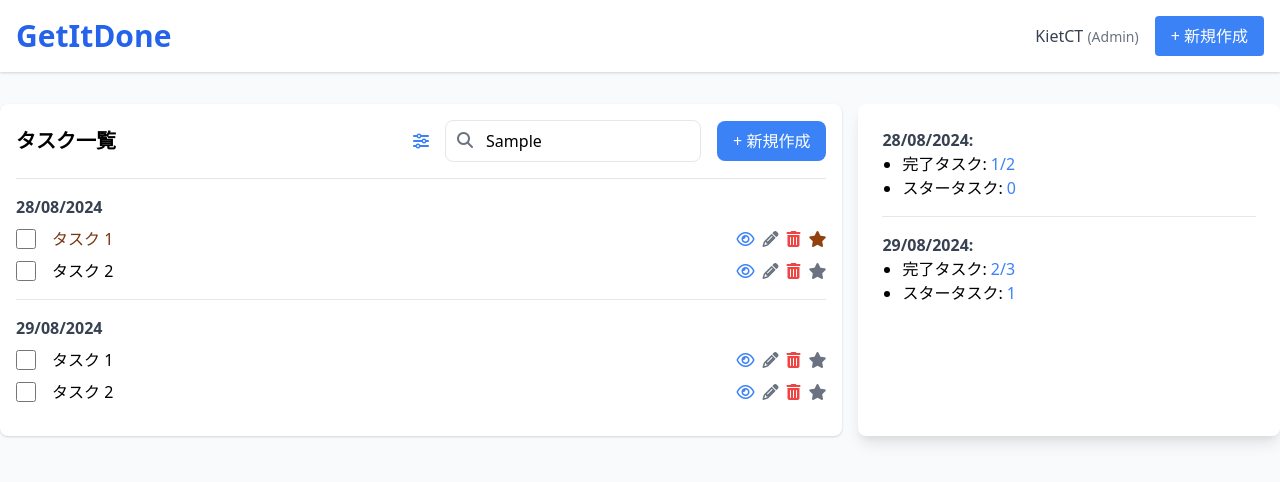
Repository: TuanAnhNguyen723/todolist
Page: mainscreen.html
An editor plug-in stored every save of this project. The page is shown before and after the next save, followed by the edit.
The browser window is 1280 px wide. The pictures show the whole page.
Empty fields were first filled with sample values (such as "Sample", 5 or name@example.com).
After loading, the first visible `button.hover\:text-yellow-500` was clicked once.
Some web libraries are served in a nearby version.

Above is the page before, as saved 2024-09-25 11:06:02.

### mainscreen.html
<!DOCTYPE html>
<html lang="ja">
  <head>
    <meta charset="UTF-8" />
    <meta name="viewport" content="width=device-width, initial-scale=1.0" />
    <title>GetItDone Task List</title>
    <link
      href="https://cdn.jsdelivr.net/npm/tailwindcss@2.2.19/dist/tailwind.min.css"
      rel="stylesheet"
    />
    <link
      rel="stylesheet"
      href="https://cdnjs.cloudflare.com/ajax/libs/font-awesome/6.6.0/css/all.min.css"
    />
    <script src="./mainscreen.js" defer></script>
  </head>
  <body class="bg-gray-50">
    <!-- Header Section -->
    <header class="bg-white shadow p-4 flex justify-between items-center">
      <div class="flex items-center">
        <h1 class="text-3xl font-bold text-blue-600">GetItDone</h1>
      </div>
      <div class="flex items-center">
        <span class="text-gray-700 mr-4"
          >KietCT <span class="text-sm text-gray-500">(Admin)</span></span
        >
        <button class="bg-blue-500 text-white px-4 py-2 rounded">
          + 新規作成
        </button>
      </div>
    </header>

    <!-- Main Section -->
    <main class="container mx-auto mt-8">
      <div class="flex justify-between">
        <!-- Task List -->
        <div class="w-2/3 bg-white p-4 shadow rounded-lg">
          <div class="flex justify-between items-center mb-4">
            <!-- Task List Title -->
            <h2 class="text-xl font-bold">タスク一覧</h2>

            <div class="flex items-center space-x-4">
              <!-- Filter Icon -->
              <button class="text-blue-500 hover:text-gray-700">
                <i class="fas fa-sliders-h"></i>
              </button>

              <!-- Search Input with Icon -->
              <div class="relative">
                <input
                  type="text"
                  class="border rounded-lg pl-10 pr-3 py-2 w-64"
                  placeholder="タスクを入力してください"
                />
                <!-- Search Icon -->
                <i
                  class="fas fa-search absolute left-3 top-3 text-gray-500"
                ></i>
              </div>

              <!-- New Task Button -->
              <button
                class="newtask bg-blue-500 text-white px-4 py-2 rounded-lg"
              >
                + 新規作成
              </button>
            </div>
          </div>

          <!-- Task Group 1 -->
          <div class="mb-4 border-t pt-4">
            <h3 class="font-bold text-gray-700">28/08/2024</h3>

            <!-- Task 1 -->
            <div class="flex justify-between items-center space-x-4 my-2">
              <div class="flex items-center space-x-4">
                <input
                  type="checkbox"
                  class="form-checkbox h-5 w-5 toggle-complete"
                />
                <span class="task-text">タスク 1</span>
              </div>
              <div class="flex space-x-2">
                <button class="text-blue-500 hover:text-blue-700">
                  <i class="fa fa-eye"></i>
                </button>
                <button class="text-gray-500 hover:text-gray-700">
                  <i class="fa fa-pencil"></i>
                </button>
                <button class="text-red-500 hover:text-red-700">
                  <i class="fa fa-trash"></i>
                </button>
                <button class="text-gray-500 hover:text-yellow-500 star-icon">
                  <i class="fa fa-star"></i>
                </button>
              </div>
            </div>

            <!-- Task 2 -->
            <div class="flex justify-between items-center space-x-4 my-2">
              <div class="flex items-center space-x-4">
                <input
                  type="checkbox"
                  class="form-checkbox h-5 w-5 toggle-complete"
                />
                <span class="task-text">タスク 2</span>
              </div>
              <div class="flex space-x-2">
                <button class="text-blue-500 hover:text-blue-700">
                  <i class="fa fa-eye"></i>
                </button>
                <button class="text-gray-500 hover:text-gray-700">
                  <i class="fa fa-pencil"></i>
                </button>
                <button class="text-red-500 hover:text-red-700">
                  <i class="fa fa-trash"></i>
                </button>
                <button class="text-gray-500 hover:text-yellow-500 star-icon">
                  <i class="fa fa-star"></i>
                </button>
              </div>
            </div>
          </div>

          <!-- Task Group 2 -->
          <div class="mb-4 border-t pt-4">
            <h3 class="font-bold text-gray-700">29/08/2024</h3>

            <!-- Task 1 -->
            <div class="flex justify-between items-center space-x-4 my-2">
              <div class="flex items-center space-x-4">
                <input
                  type="checkbox"
                  class="form-checkbox h-5 w-5 toggle-complete"
                />
                <span class="task-text">タスク 1</span>
              </div>
              <div class="flex space-x-2">
                <button class="text-blue-500 hover:text-blue-700">
                  <i class="fa fa-eye"></i>
                </button>
                <button class="text-gray-500 hover:text-gray-700">
                  <i class="fa fa-pencil"></i>
                </button>
                <button class="text-red-500 hover:text-red-700">
                  <i class="fa fa-trash"></i>
                </button>
                <button class="text-gray-500 hover:text-yellow-500 star-icon">
                  <i class="fa fa-star"></i>
                </button>
              </div>
            </div>

            <!-- Task 2 -->
            <div class="flex justify-between items-center space-x-4 my-2">
              <div class="flex items-center space-x-4">
                <input
                  type="checkbox"
                  class="form-checkbox h-5 w-5 toggle-complete"
                />
                <span class="task-text">タスク 2</span>
              </div>
              <div class="flex space-x-2">
                <button class="text-blue-500 hover:text-blue-700">
                  <i class="fa fa-eye"></i>
                </button>
                <button class="text-gray-500 hover:text-gray-700">
                  <i class="fa fa-pencil"></i>
                </button>
                <button class="text-red-500 hover:text-red-700">
                  <i class="fa fa-trash"></i>
                </button>
                <button class="text-gray-500 hover:text-yellow-500 star-icon">
                  <i class="fa fa-star"></i>
                </button>
              </div>
            </div>
          </div>
        </div>

        <!-- Task Completion Summary -->
        <div
          id="task-summary"
          class="w-1/3 bg-white p-6 rounded-lg shadow-lg ml-4"
        >
          <h3 class="font-bold text-gray-700">28/08/2024:</h3>
          <ul class="list-disc pl-5">
            <li>完了タスク: <span class="text-blue-500">1/2</span></li>
            <li>スタータスク: <span class="text-blue-500">0</span></li>
          </ul>

          <h3 class="font-bold text-gray-700 mt-4 border-t pt-4">
            29/08/2024:
          </h3>
          <ul class="list-disc pl-5">
            <li>完了タスク: <span class="text-blue-500">2/3</span></li>
            <li>スタータスク: <span class="text-blue-500">1</span></li>
          </ul>
        </div>

        <!-- Task Add Modal -->

        <div
          id="taskAddModal"
          class="fixed z-50 inset-0 overflow-y-auto hidden"
        >
          <div
            class="flex items-center justify-center min-h-screen bg-black bg-opacity-50"
          >
            <div class="relative bg-white w-96 p-6 rounded-lg shadow-lg">
              <!-- Close Button -->
              <button
                id="closeModal"
                class="absolute top-2 right-2 text-gray-500 hover:text-gray-700"
              >
                <i class="fas fa-times"></i>
              </button>

              <!-- Modal Title -->
              <h2 class="text-2xl font-bold mb-4">タスク追加</h2>

              <!-- Form -->
              <form>
                <!-- Task Title -->
                <input
                  type="text"
                  placeholder="タイトルが入力してください"
                  class="w-full border border-gray-300 p-2 rounded-lg mb-4"
                />

                <!-- Date Pickers -->
                <div class="flex justify-between space-x-4 mb-4">
                  <div class="w-1/2 relative">
                    <i
                      class="fas fa-clock absolute left-3 top-3 text-gray-500"
                    ></i>
                    <input
                      type="text"
                      placeholder="Tue Sep 10"
                      class="w-full pl-10 border border-gray-300 p-2 rounded-lg"
                    />
                  </div>
                  <div class="w-1/2 relative">
                    <i
                      class="fas fa-clock absolute left-3 top-3 text-gray-500"
                    ></i>
                    <input
                      type="text"
                      placeholder="Tue Sep 10"
                      class="w-full pl-10 border border-gray-300 p-2 rounded-lg"
                    />
                  </div>
                </div>

                <!-- Task Description -->
                <textarea
                  placeholder="ディスクリプが入力してください"
                  class="w-full border border-gray-300 p-2 rounded-lg mb-4"
                  rows="4"
                ></textarea>

                <!-- Buttons -->
                <div class="flex justify-between">
                  <button
                    type="button"
                    class="bg-blue-500 text-white px-4 py-2 rounded-lg w-full mr-2"
                  >
                    作成
                  </button>
                  <button
                    type="button"
                    class="border border-blue-500 text-blue-500 px-4 py-2 rounded-lg w-full"
                    id="cancelButton"
                  >
                    キャンセル
                  </button>
                </div>
              </form>
            </div>
          </div>
        </div>
      </div>
    </main>

    <!-- Icons FontAwesome -->
    <script src="https://kit.fontawesome.com/a076d05399.js"></script>
  </body>
</html>

### mainscreen.js
// Xử lý sự kiện khi click vào checkbox để gạch ngang hoặc bỏ gạch ngang
document.querySelectorAll(".toggle-complete").forEach((checkbox) => {
  checkbox.addEventListener("change", function () {
    const taskText = this.parentElement.querySelector(".task-text");
    if (this.checked) {
      taskText.classList.add("line-through", "text-gray-400");
    } else {
      taskText.classList.remove("line-through", "text-gray-400");
    }
  });
});

// Xử lý sự kiện khi click vào icon ngôi sao
document.querySelectorAll(".star-icon").forEach((star) => {
  star.addEventListener("click", function () {
    const taskText =
      this.parentElement.parentElement.querySelector(".task-text");
    // Toggle màu ngôi sao
    this.classList.toggle("text-yellow-800");
    // Toggle màu chữ của task
    if (this.classList.contains("text-yellow-800")) {
      taskText.classList.add("text-yellow-900");
    } else {
      taskText.classList.remove("text-yellow-800");
    }
  });
});

document.addEventListener("DOMContentLoaded", () => {
  // Get elements
  const newTaskButton = document.querySelector(".newtask");
  const editButtons = document.querySelectorAll(".fa-pencil");
  const taskAddModal = document.getElementById("taskAddModal");
  const closeModalButton = document.getElementById("closeModal");
  const cancelButton = document.getElementById("cancelButton");

  // Show modal when clicking on "新規作成" button
  newTaskButton.addEventListener("click", (event) => {
    event.preventDefault();
    taskAddModal.classList.remove("hidden");
  });

  // Add event listeners to edit buttons (if any)
  editButtons.forEach((button) => {
    button.addEventListener("click", (event) => {
      event.preventDefault();
      // Show modal
      taskAddModal.classList.remove("hidden");
    });
  });

  // Add event listener to close modal button
  closeModalButton.addEventListener("click", () => {
    // Hide modal
    taskAddModal.classList.add("hidden");
  });

  // Add event listener to cancel button
  cancelButton.addEventListener("click", () => {
    // Hide modal
    taskAddModal.classList.add("hidden");
  });
});

After the next save:
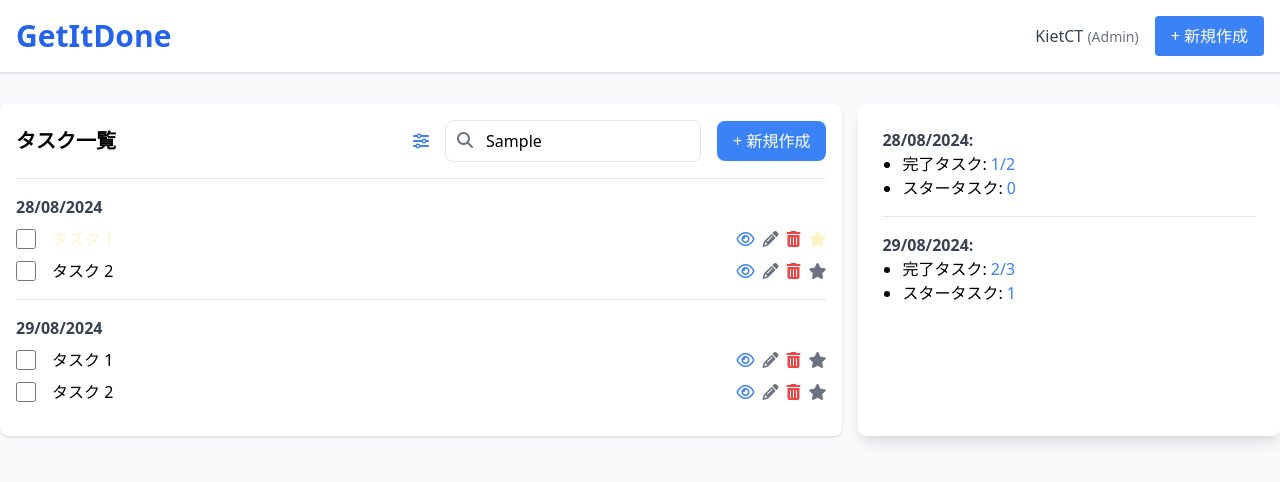
Saved 23 s later.
--- a/mainscreen.js
+++ b/mainscreen.js
@@ -16,12 +16,12 @@ document.querySelectorAll(".star-icon").forEach((star) => {
     const taskText =
       this.parentElement.parentElement.querySelector(".task-text");
     // Toggle màu ngôi sao
-    this.classList.toggle("text-yellow-800");
+    this.classList.toggle("text-yellow-100");
     // Toggle màu chữ của task
-    if (this.classList.contains("text-yellow-800")) {
-      taskText.classList.add("text-yellow-900");
+    if (this.classList.contains("text-yellow-100")) {
+      taskText.classList.add("text-yellow-100");
     } else {
-      taskText.classList.remove("text-yellow-800");
+      taskText.classList.remove("text-yellow-100");
     }
   });
 });
